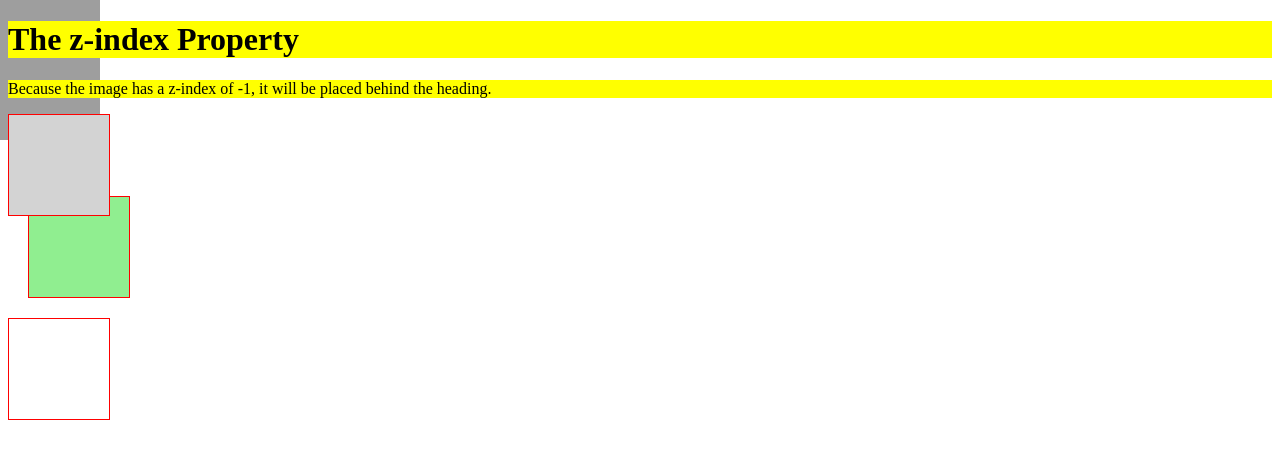
Repository: 753kg/753kg.github.io
Page: KOSTA/webProject/WebContent/day0402/zindexTest.html
These files come from the project's save history. The page is drawn as it stood at one moment and after the next save; the edit follows.
The browser window is 1280 px wide. The pictures show the whole page.
Pictures or frames that could not be fetched are drawn as grey boxes.

Above is the page before, as saved 2021-04-02 00:29:03.

After the next save:
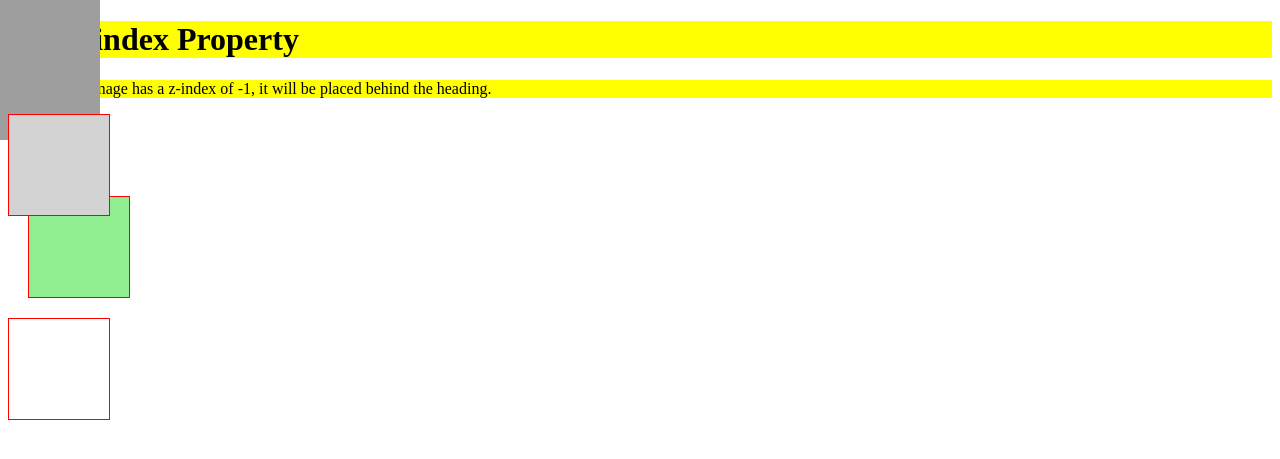
Saved 7 s later.
--- a/KOSTA/webProject/WebContent/day0402/zindexTest.html
+++ b/KOSTA/webProject/WebContent/day0402/zindexTest.html
@@ -9,12 +9,12 @@
   position: absolute;
   left: 0px;
   top: 0px;
-  z-index: 1;	/* 숫자가 작을수록 뒤로감 */
+  z-index: 2;	/* 숫자가 작을수록 뒤로감 */
 }
 h1, p {
   position: relative;
   background-color: yellow;
-  z-index: 2;
+  z-index: 1;
 }
 div {
   width: 100px; height: 100px;

After the save that followed:
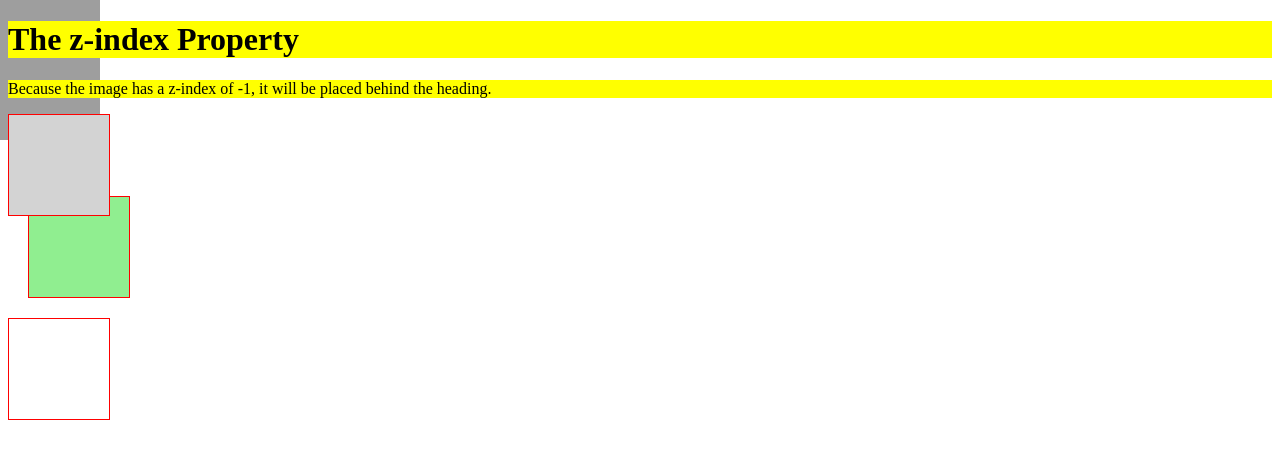
Saved 7 s later.
--- a/KOSTA/webProject/WebContent/day0402/zindexTest.html
+++ b/KOSTA/webProject/WebContent/day0402/zindexTest.html
@@ -14,7 +14,7 @@
 h1, p {
   position: relative;
   background-color: yellow;
-  z-index: 1;
+  z-index: 11;
 }
 div {
   width: 100px; height: 100px;
